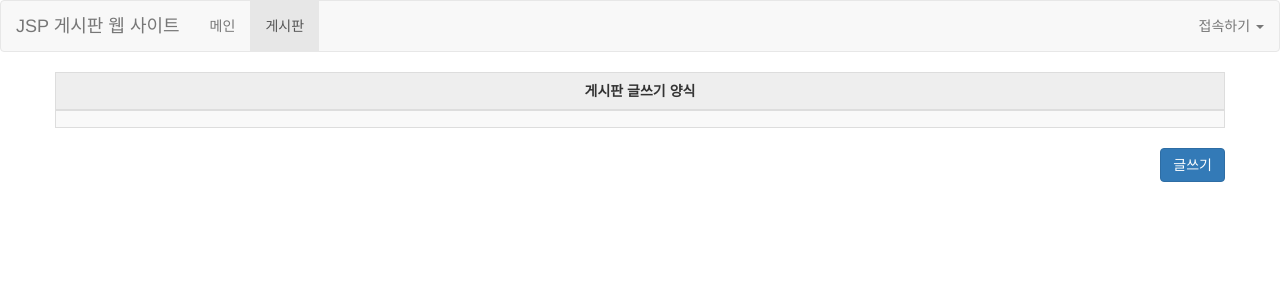
Repository: TheChok/BbsClone
Page: http://localhost/BBS/write.jsp
The author's editor kept a copy of each file at every save. The page is drawn from the files as they stood at one save, then again after the next save.
The browser window is 1280 px wide. The pictures show the whole page.
Some web libraries are served in a nearby version. The page is served by Tomcat 9.

Above is the page before, as saved 2023-09-21 12:00:56.

After the next save:
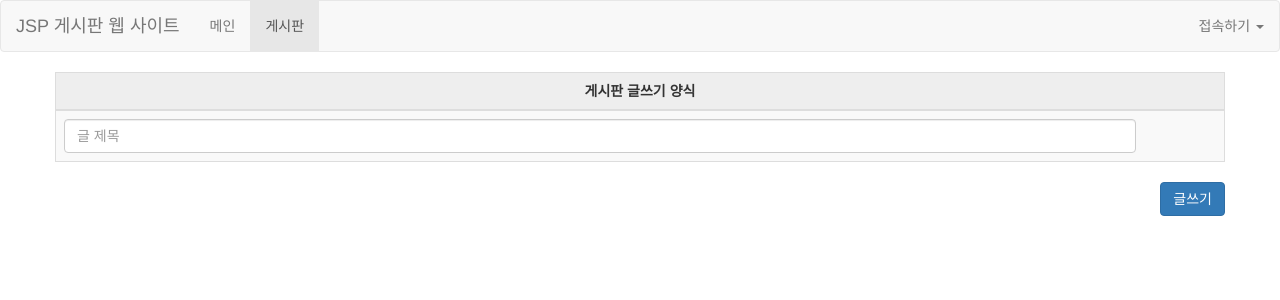
Saved 46 s later.
--- a/BBS/src/main/webapp/write.jsp
+++ b/BBS/src/main/webapp/write.jsp
@@ -84,7 +84,9 @@
 				</thead>
 				<tbody>
 					<tr>
-						<td></td>
+						<td>
+							<input type="text" class="form-control" placeholder="글 제목" name="bbsTitle" maxlength="50" />
+						</td>
 						<td></td>
 					</tr>
 				</tbody>
